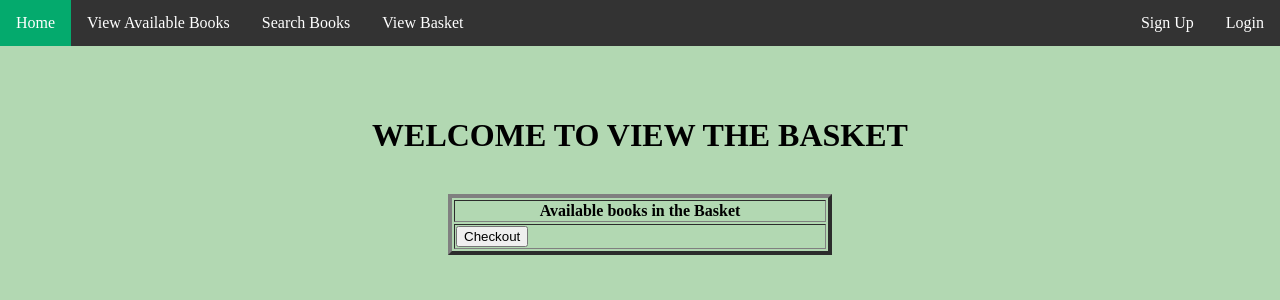
Repository: sach7691/original-book-store
Page: http://localhost/online-book-store-application/display_basket.jsp
The author's editor kept a copy of each file at every save. The page is drawn from the files as they stood at one save, then again after the next save.
The browser window is 1280 px wide. The pictures show the whole page.
The page is served by Tomcat 9. The template is opened directly, without the code that normally fills it, so the values that code supplies are empty.

Above is the page before, as saved 2022-08-25 17:13:40.

After the next save:
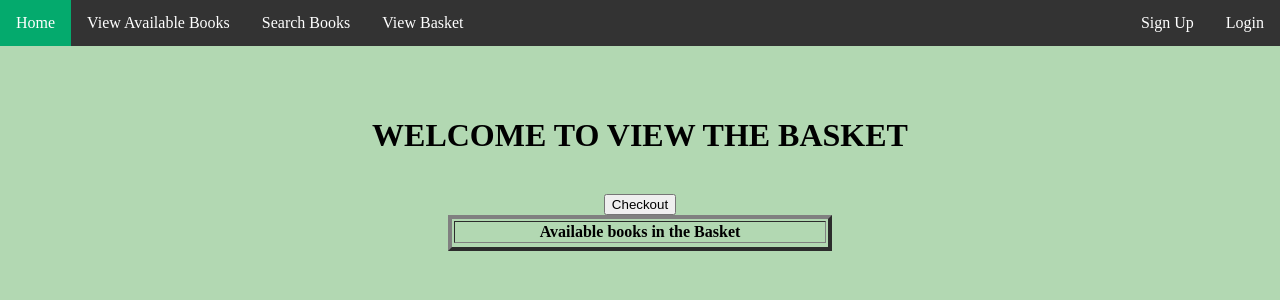
Saved 40 s later.
--- a/online-book-store-application/src/main/webapp/display_basket.jsp
+++ b/online-book-store-application/src/main/webapp/display_basket.jsp
@@ -92,11 +92,11 @@
        </td>
  </tr>
 </c:forEach>
-       <td>
+       <tr>
        <form action="login.jsp" method="GET">
        <input type="submit" value="Checkout"/>
        </form>
-      </td>
+      </tr>
 </table>
 <br>
 </center>

After the save that followed:
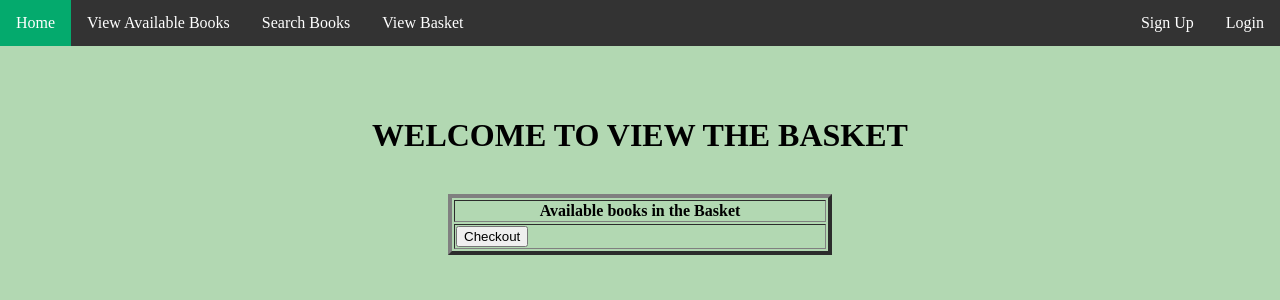
Saved 70 s later.
--- a/online-book-store-application/src/main/webapp/display_basket.jsp
+++ b/online-book-store-application/src/main/webapp/display_basket.jsp
@@ -90,13 +90,15 @@
             <input type="submit" value="Delete Book"/>
             </form>
        </td>
- </tr>
-</c:forEach>
-       <tr>
+       </c:forEach>
+       <td>
        <form action="login.jsp" method="GET">
        <input type="submit" value="Checkout"/>
        </form>
-      </tr>
+      </td>
+ </tr>
+
+
 </table>
 <br>
 </center>
